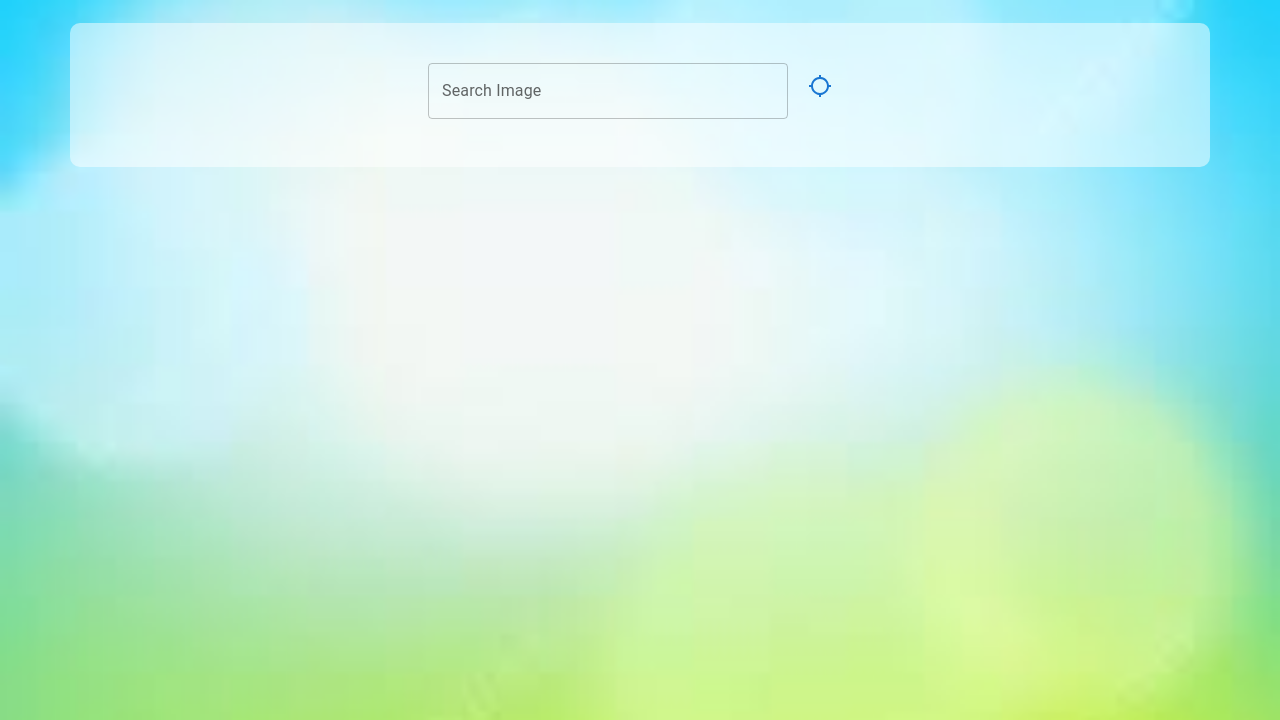
Repository: mohit78911/Snapshot
Page: /
These files come from the project's save history. The page is drawn as it stood at one moment and after a run of saves; the edit follows.
The browser window is 1280 px wide. The pictures show the whole page.
The project was rebuilt for these pictures with package versions that can differ from the ones it lists, and the page was loaded fresh each time. Also part of the build but not shown: src/snapshot/SnapshotCss.css, src/snapshot/SearchBox.css.

Above is the page before, as saved 2023-09-01 12:27:46.

### public/index.html
<!DOCTYPE html>
<html lang="en">
  <head>
    <meta charset="utf-8" />
    <link rel="icon" href="%PUBLIC_URL%/favicon.ico" />
    <link href="https://cdn.jsdelivr.net/npm/bootstrap@5.3.1/dist/css/bootstrap.min.css" rel="stylesheet" integrity="sha384-4bw+/aepP/YC94hEpVNVgiZdgIC5+VKNBQNGCHeKRQN+PtmoHDEXuppvnDJzQIu9" crossorigin="anonymous">
    <meta name="viewport" content="width=device-width, initial-scale=1" />
    <meta name="theme-color" content="#000000" />
    <meta
      name="description"
      content="Web site created using create-react-app"
    />
    <link rel="apple-touch-icon" href="%PUBLIC_URL%/logo192.png" />

    <link rel="manifest" href="%PUBLIC_URL%/manifest.json" />

    <title>React App</title>
  </head>
  <body style="text-align: center;">
    <noscript>You need to enable JavaScript to run this app.</noscript>
    <div id="root"></div>
    <script src="https://cdn.jsdelivr.net/npm/bootstrap@5.3.1/dist/js/bootstrap.bundle.min.js" integrity="sha384-HwwvtgBNo3bZJJLYd8oVXjrBZt8cqVSpeBNS5n7C8IVInixGAoxmnlMuBnhbgrkm" crossorigin="anonymous"></script>
  </body>
</html>

### src/App.js
import { Box } from "@mui/material";
import React from "react";
import SnapShot from "./snapshot/SnapShot";
console.log("hey i am snapshot Component")
export default function App() {
  return (
    <Box>
      <SnapShot />
    </Box>
  );
}

### src/snapshot/SnapShot.js
import React, { useEffect, useState } from "react";
import axios from "axios";
import "../App.css";

import SnapshotTable from "./SnapshotTable";
import SearchBox from "./SearchBox";
import { ToastContainer,toast } from "react-toastify";

export default function SnapShot() {
  const [image, setImage] = useState("");
  const [data, setData] = useState([]);
  const getData = (e) => {
    e.preventDefault();
    let trimedImage = image.trim().trimStart().trimEnd()
    if (trimedImage == "") {
      toast.error("IMAGE FIELD IS EMPTY");
    } else {
      axios
        .get(
          `https://api.unsplash.com/search/collections?page=1&query=${image}&client_id=-DzO7DyFZFBUXuUjR2Tb8dbbi8Qcg40oNw2kVfqoREI`
        )
        .then((result) => {
          setData(result.data.results[0].preview_photos);
          // console.log(result.data.results[0].preview_photos);
        })
        .catch((error) => console.log(error));
    }
  };

  // useEffect(() => {
  //   getData();
  // }, []);

  console.log(data);
  return (
    <div className="container">
      <div className="row">
        <div className="col-4 firstColoum">
          <SearchBox setImage={setImage} image={image} getData={getData} />
        </div>
        <div className="col secondColoum">
          <SnapshotTable data={data} />
        </div>
      </div>
      <ToastContainer/>
    </div>
  );
}

### src/App.css
.App {
  text-align: center;
}

.App-logo {
  height: 40vmin;
  pointer-events: none;
}

@media (prefers-reduced-motion: no-preference) {
  .App-logo {
    animation: App-logo-spin infinite 20s linear;
  }
}

.App-header {
  background-color: #282c34;
  min-height: 100vh;
  display: flex;
  flex-direction: column;
  align-items: center;
  justify-content: center;
  font-size: calc(10px + 2vmin);
  color: white;
}

.App-link {
  color: #61dafb;
}

@keyframes App-logo-spin {
  from {
    transform: rotate(0deg);
  }

  to {
    transform: rotate(360deg);
  }
}

.firstColoum{
  width: 100%;
  padding-top: 2rem;
  margin-top: 2%;
  border-radius: 10px;
  height: 9rem;
  background: rgb(255, 255, 255,0.5);

}

.secondColoum{
  width: 100%;
  margin-top: 2rem;
  border-radius: 10px;
  background: rgb(255, 255, 255,0.5);
}


body{
  background-image: url('data:[embedded picture, 2875 characters]');
  background-repeat: no-repeat;
  background-position: 100%;
  background-size: cover;
  background-attachment: fixed;

}

### src/snapshot/SnapshotTable.js
import React from "react";
import "./SnapshotCss.css";

function SnapshotTable({ data }) {
  return (
    <div>
      <div>
        {data.map((value, i) => {
          return (
            <tr key={i} className="imgdisplay">
              <td>
                <div className="card overflow" style={{ width: "18rem" }}>
                  <img className="card-img-top " src={value.urls.regular} />
                </div>
              </td>
            </tr>
          );
        })}
      </div>
    </div>
  );
}

export default SnapshotTable;

### src/snapshot/SearchBox.js
import React from "react";
import { Button, TextField } from "@mui/material";
import "./SearchBox.css";
import LocationSearchingIcon from "@mui/icons-material/LocationSearching";

function SearchBox({ getData, setImage, image }) {
  return (
    <div>
      <div>
        <form onSubmit={getData} className="mt-2">
          <TextField
            sx={{width:"50vh"}}
            value={image}
            onChange={(e) => setImage(e.target.value)}
            label="Search Image"
          />
          <Button type="submit" sx={{ marginTop: "5px" }}>
            <LocationSearchingIcon />
          </Button>
        </form>
      </div>
    </div>
  );
}

export default SearchBox;

Loaded but not shown: src/index.js (common file); src/index.css (common file); src/reportWebVitals.js (common file)

After the next 2 saves:
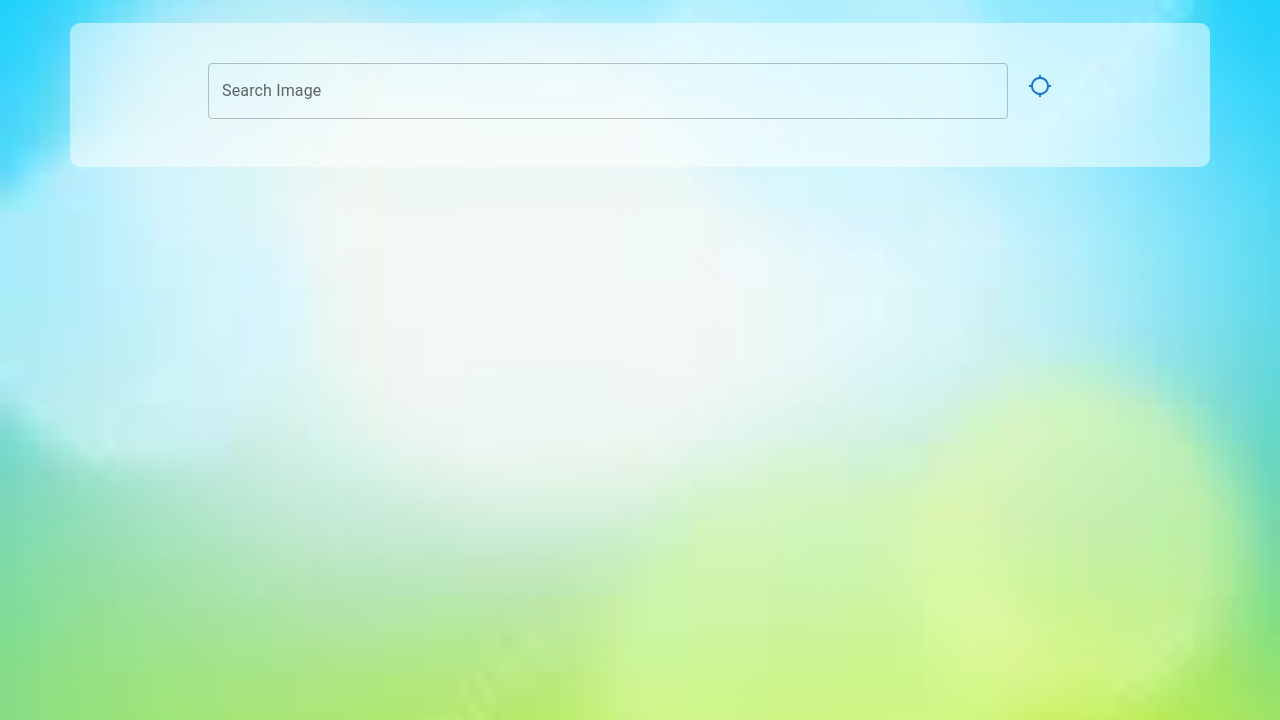
The 2 saves are shown as one change because they came seconds apart.
The last was saved 7 s later.
--- a/src/snapshot/SearchBox.js
+++ b/src/snapshot/SearchBox.js
@@ -9,7 +9,7 @@ function SearchBox({ getData, setImage, image }) {
       <div>
         <form onSubmit={getData} className="mt-2">
           <TextField
-            sx={{width:"50vh"}}
+            sx={{width:"50rem"}}
             value={image}
             onChange={(e) => setImage(e.target.value)}
             label="Search Image"
